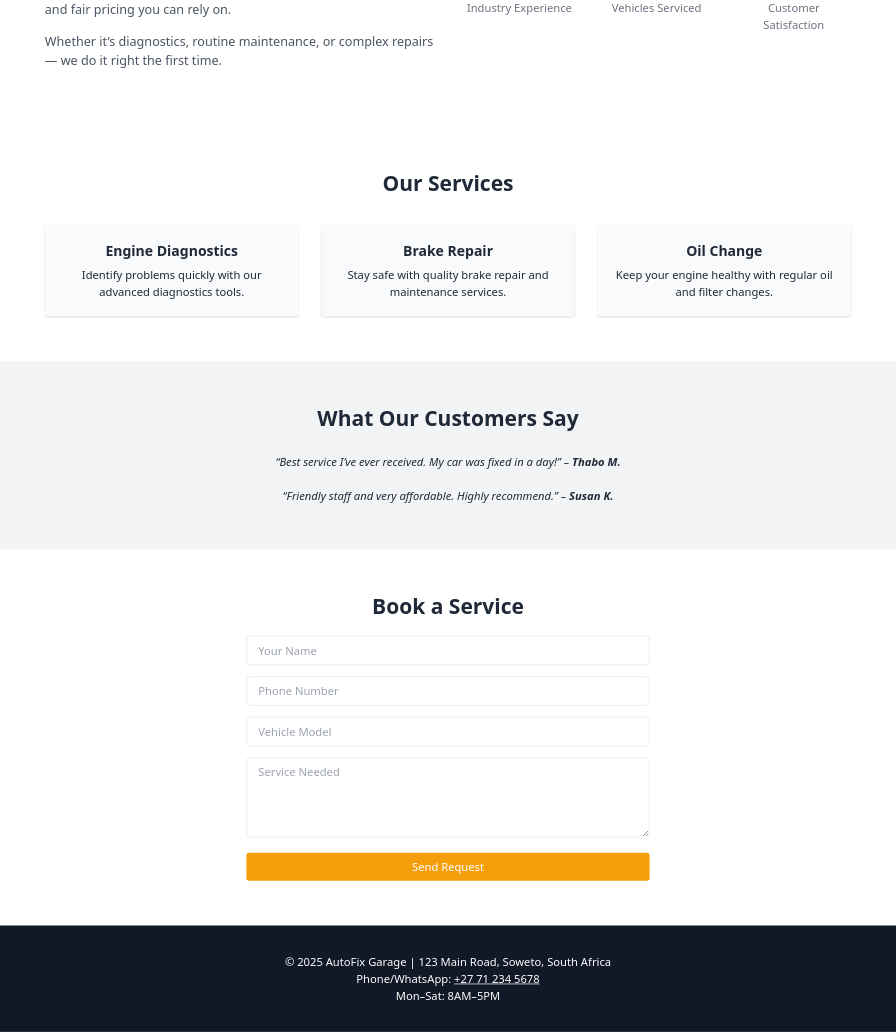
Repository: The-man-of-books/Mechanic
Page: index.html
The author's editor kept a copy of each file at every save. The page is drawn from the files as they stood at one save, then again after the next save.
The browser window is 1280 px wide. The pictures show the part of the page from y = 973 to 2893 px (the page is 2447 px tall before and 2955 px after), at 70% of full size.

Above is the page before, as saved 2025-07-15 15:37:01.

### index.html
<!DOCTYPE html>
<html lang="en">
<head>
  <meta charset="UTF-8" />
  <meta name="viewport" content="width=device-width, initial-scale=1.0" />
  <title>AutoFix Garage | Mechanic Workshop</title>
  <link href="https://cdn.jsdelivr.net/npm/tailwindcss@2.2.19/dist/tailwind.min.css" rel="stylesheet">
</head>
<body class="bg-gray-100 text-gray-800">

  <!-- Hero Section -->
<section class="relative h-screen bg-cover bg-center flex items-center justify-center" style="background-image: url('https://images.unsplash.com/photo-1605559424843-0f6b9b9023eb?auto=format&fit=crop&w=1950&q=80');">
  <!-- Dark Overlay Gradient -->
  <div class="absolute inset-0 bg-black bg-opacity-70"></div>

  <!-- Frosted Glass Content Box -->
  <div class="relative z-10 max-w-2xl w-full text-center px-6 animate-fadeIn">
    <div class="backdrop-blur-md bg-white/10 border border-white/20 rounded-2xl p-10 shadow-2xl">
      <h1 class="text-5xl md:text-6xl font-extrabold text-white mb-4 tracking-tight drop-shadow">AutoFix Garage</h1>
      <p class="text-lg md:text-xl text-gray-200 mb-8">Reliable • Fast • Affordable Vehicle Repair Solutions</p>
      <a href="#contact" class="inline-flex items-center gap-2 bg-yellow-400 text-black font-semibold px-6 py-3 rounded-full shadow-lg hover:bg-yellow-300 transition duration-300">
        <svg class="w-5 h-5" fill="none" stroke="currentColor" stroke-width="2" viewBox="0 0 24 24">
          <path stroke-linecap="round" stroke-linejoin="round" d="M8 17l4 4 4-4m0-5l-4-4-4 4" />
        </svg>
        Book an Appointment
      </a>
    </div>
  </div>
</section>

<!-- Fade-In Animation -->
<style>
  @keyframes fadeIn {
    from { opacity: 0; transform: translateY(30px); }
    to { opacity: 1; transform: translateY(0); }
  }

  .animate-fadeIn {
    animation: fadeIn 1.2s ease-out forwards;
  }
</style>


  <!-- About Section with Stats -->
<section class="bg-white py-20 px-6">
  <div class="max-w-6xl mx-auto grid md:grid-cols-2 items-center gap-10 animate-fadeIn">

    <!-- Text Content -->
    <div>
      <h2 class="text-4xl font-extrabold text-gray-800 mb-4">About Us</h2>
      <div class="w-20 h-1 bg-yellow-400 mb-6"></div>
      <p class="text-lg text-gray-600 leading-relaxed">
        With over <strong>10 years of hands-on experience</strong>, AutoFix Garage is your trusted partner in vehicle repairs and maintenance. Our certified mechanics deliver top-quality service, fast turnaround, and fair pricing you can rely on.
      </p>
      <p class="text-lg text-gray-600 mt-4">
        Whether it’s diagnostics, routine maintenance, or complex repairs — we do it right the first time.
      </p>
    </div>

    <!-- Stats Grid -->
    <div class="grid grid-cols-1 sm:grid-cols-3 gap-8 text-center">
      <!-- Stat 1 -->
      <div>
        <div class="bg-yellow-100 text-yellow-600 p-4 rounded-full inline-block mb-4">
          <svg class="w-8 h-8" fill="none" stroke="currentColor" stroke-width="2" viewBox="0 0 24 24">
            <path stroke-linecap="round" stroke-linejoin="round" d="M12 8v4l3 3m6 2a9 9 0 11-18 0 9 9 0 0118 0z" />
          </svg>
        </div>
        <h3 class="text-2xl font-bold text-gray-800">10+ Years</h3>
        <p class="text-gray-500">Industry Experience</p>
      </div>

      <!-- Stat 2 -->
      <div>
        <div class="bg-green-100 text-green-600 p-4 rounded-full inline-block mb-4">
          <svg class="w-8 h-8" fill="none" stroke="currentColor" stroke-width="2" viewBox="0 0 24 24">
            <path stroke-linecap="round" stroke-linejoin="round" d="M3 7h18M3 12h18M3 17h18" />
          </svg>
        </div>
        <h3 class="text-2xl font-bold text-gray-800">2,500+</h3>
        <p class="text-gray-500">Vehicles Serviced</p>
      </div>

      <!-- Stat 3 -->
      <div>
        <div class="bg-blue-100 text-blue-600 p-4 rounded-full inline-block mb-4">
          <svg class="w-8 h-8" fill="none" stroke="currentColor" stroke-width="2" viewBox="0 0 24 24">
            <path stroke-linecap="round" stroke-linejoin="round" d="M14 9l-2 2-2-2m0 6l2-2 2 2m6-3a9 9 0 11-18 0 9 9 0 0118 0z" />
          </svg>
        </div>
        <h3 class="text-2xl font-bold text-gray-800">98%</h3>
        <p class="text-gray-500">Customer Satisfaction</p>
      </div>
    </div>
  </div>
</section>

<!-- Optional Fade-in Animation -->
<style>
  @keyframes fadeIn {
    from { opacity: 0; transform: translateY(30px); }
    to { opacity: 1; transform: translateY(0); }
  }

  .animate-fadeIn {
    animation: fadeIn 1s ease-out forwards;
  }
</style>


  <!-- Services -->
  <section class="py-16 bg-white px-6">
    <div class="max-w-6xl mx-auto">
      <h2 class="text-3xl font-bold text-center mb-10">Our Services</h2>
      <div class="grid grid-cols-1 sm:grid-cols-2 md:grid-cols-3 gap-8">
        <div class="bg-gray-50 p-6 rounded shadow text-center">
          <h3 class="font-semibold text-xl mb-2">Engine Diagnostics</h3>
          <p>Identify problems quickly with our advanced diagnostics tools.</p>
        </div>
        <div class="bg-gray-50 p-6 rounded shadow text-center">
          <h3 class="font-semibold text-xl mb-2">Brake Repair</h3>
          <p>Stay safe with quality brake repair and maintenance services.</p>
        </div>
        <div class="bg-gray-50 p-6 rounded shadow text-center">
          <h3 class="font-semibold text-xl mb-2">Oil Change</h3>
          <p>Keep your engine healthy with regular oil and filter changes.</p>
        </div>
      </div>
    </div>
  </section>

  <!-- Testimonials -->
  <section class="bg-gray-100 py-16 px-6">
    <div class="max-w-5xl mx-auto text-center">
      <h2 class="text-3xl font-bold mb-8">What Our Customers Say</h2>
      <blockquote class="italic mb-6">“Best service I’ve ever received. My car was fixed in a day!” – <strong>Thabo M.</strong></blockquote>
      <blockquote class="italic">“Friendly staff and very affordable. Highly recommend.” – <strong>Susan K.</strong></blockquote>
    </div>
  </section>

  <!-- Contact Section -->
  <section id="contact" class="py-16 px-6 bg-white">
    <div class="max-w-xl mx-auto">
      <h2 class="text-3xl font-bold text-center mb-6">Book a Service</h2>
      <form class="space-y-4">
        <input type="text" placeholder="Your Name" class="w-full px-4 py-2 border rounded" required>
        <input type="tel" placeholder="Phone Number" class="w-full px-4 py-2 border rounded" required>
        <input type="text" placeholder="Vehicle Model" class="w-full px-4 py-2 border rounded">
        <textarea placeholder="Service Needed" class="w-full px-4 py-2 border rounded" rows="4"></textarea>
        <button type="submit" class="bg-yellow-500 hover:bg-yellow-400 text-white px-6 py-2 rounded w-full">Send Request</button>
      </form>
    </div>
  </section>

  <!-- Footer -->
  <footer class="bg-gray-900 text-white py-10 text-center">
    <p>&copy; 2025 AutoFix Garage | 123 Main Road, Soweto, South Africa</p>
    <p>Phone/WhatsApp: <a href="tel:+27712345678" class="underline">+27 71 234 5678</a></p>
    <p>Mon–Sat: 8AM–5PM</p>
  </footer>

<!-- WhatsApp Floating Button -->
<a href="https://wa.me/27712345678?text=Hi%20AutoFix%20Garage%2C%20I%27d%20like%20to%20book%20a%20service."
   class="fixed bottom-6 right-6 z-50 bg-green-500 hover:bg-green-600 text-white p-4 rounded-full shadow-lg transition-all duration-300"
   target="_blank" rel="noopener noreferrer" aria-label="Chat on WhatsApp">
  <svg class="w-6 h-6" fill="currentColor" viewBox="0 0 24 24">
    <path d="M16.72 13.06c-.24-.12-1.41-.7-1.63-.78s-.38-.12-.54.12-.62.78-.76.94-.28.18-.52.06a6.4 6.4 0 0 1-1.9-1.18 7.07 7.07 0 0 1-1.32-1.66c-.14-.24 0-.36.1-.48.12-.12.24-.3.36-.42.12-.14.18-.24.3-.42s.06-.36 0-.48-.54-1.3-.74-1.8c-.2-.5-.4-.44-.54-.45h-.46c-.16 0-.42.06-.64.3s-.84.82-.84 2c0 1.18.86 2.3 1 .48 1.18 2.36 3.1 3.46 4.82 3.82.34.06.62.12.88.12.28 0 .86-.12 1.08-.6.2-.42.2-.78.14-.84-.08-.06-.3-.12-.54-.24zm-4.72 8.42c-1.7 0-3.34-.44-4.76-1.26L2 22l1.84-5.36a9.84 9.84 0 0 1-1.5-5.26C2.34 6.5 6.84 2 12.34 2s10 4.5 10 10-4.5 10-10 10z"/>
  </svg>
</a>


</body>
</html>

After the next save:
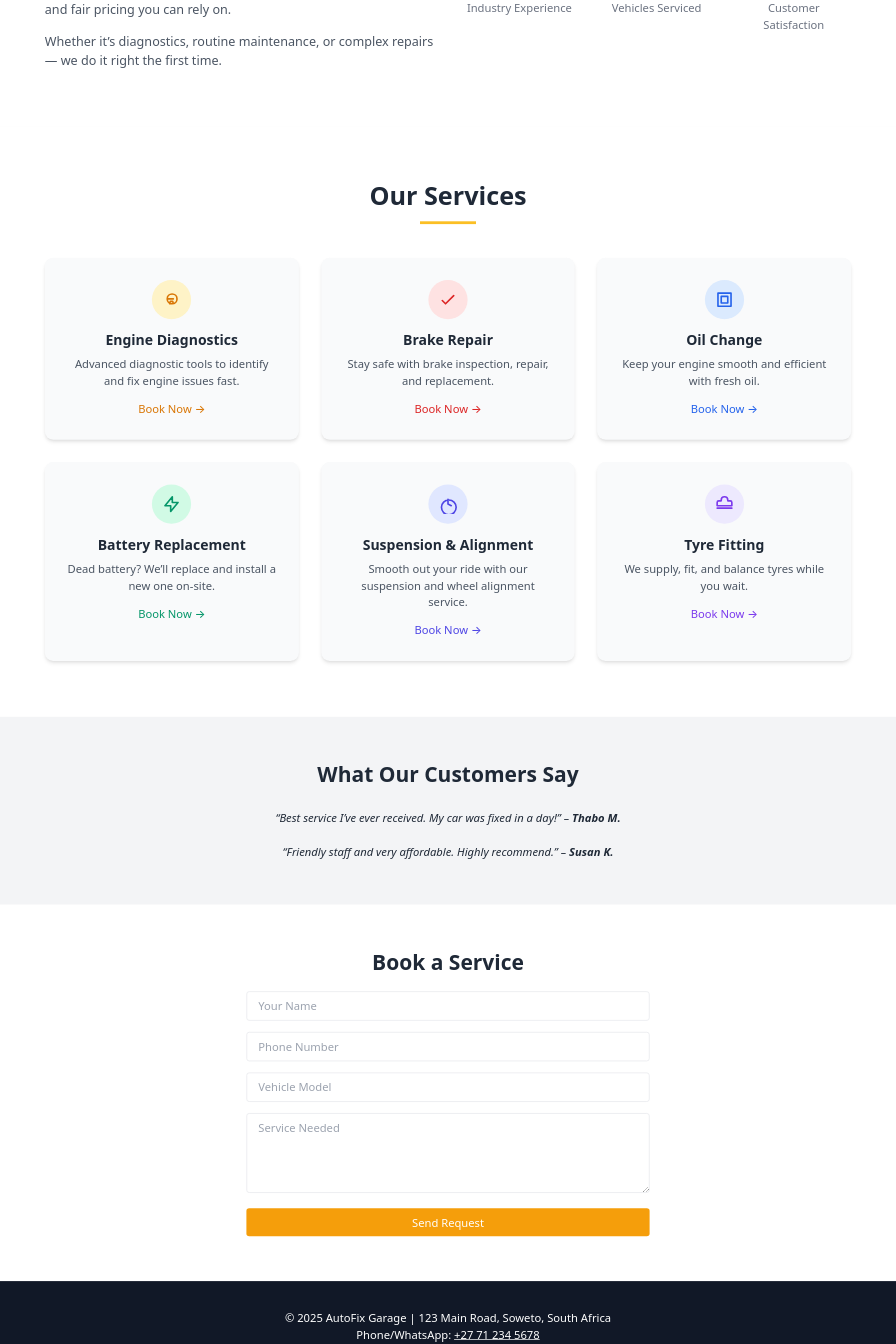
Saved 2 min 59 s later.
--- a/index.html
+++ b/index.html
@@ -108,26 +108,91 @@
 </style>
 
 
-  <!-- Services -->
-  <section class="py-16 bg-white px-6">
-    <div class="max-w-6xl mx-auto">
-      <h2 class="text-3xl font-bold text-center mb-10">Our Services</h2>
-      <div class="grid grid-cols-1 sm:grid-cols-2 md:grid-cols-3 gap-8">
-        <div class="bg-gray-50 p-6 rounded shadow text-center">
-          <h3 class="font-semibold text-xl mb-2">Engine Diagnostics</h3>
-          <p>Identify problems quickly with our advanced diagnostics tools.</p>
-        </div>
-        <div class="bg-gray-50 p-6 rounded shadow text-center">
-          <h3 class="font-semibold text-xl mb-2">Brake Repair</h3>
-          <p>Stay safe with quality brake repair and maintenance services.</p>
-        </div>
-        <div class="bg-gray-50 p-6 rounded shadow text-center">
-          <h3 class="font-semibold text-xl mb-2">Oil Change</h3>
-          <p>Keep your engine healthy with regular oil and filter changes.</p>
-        </div>
-      </div>
-    </div>
-  </section>
+  <!-- Services Section -->
+<section class="py-20 bg-white px-6">
+  <div class="max-w-6xl mx-auto text-center">
+    <h2 class="text-4xl font-extrabold text-gray-800 mb-4">Our Services</h2>
+    <div class="w-20 h-1 bg-yellow-400 mx-auto mb-12"></div>
+
+    <div class="grid grid-cols-1 sm:grid-cols-2 md:grid-cols-3 gap-8">
+
+      <!-- Service 1 -->
+      <div class="bg-gray-50 p-8 rounded-xl shadow-md hover:shadow-xl transition duration-300 group">
+        <div class="bg-yellow-100 text-yellow-600 w-14 h-14 flex items-center justify-center rounded-full mx-auto mb-4">
+          <svg class="w-7 h-7" fill="none" stroke="currentColor" stroke-width="2" viewBox="0 0 24 24">
+            <path stroke-linecap="round" stroke-linejoin="round" d="M9.75 17l.75-3h3l.75 3m-6-6h6m-7.5 0a6 6 0 1112 0 6 6 0 01-12 0z" />
+          </svg>
+        </div>
+        <h3 class="text-xl font-semibold mb-2 text-gray-800 group-hover:text-yellow-500">Engine Diagnostics</h3>
+        <p class="text-gray-600 mb-4">Advanced diagnostic tools to identify and fix engine issues fast.</p>
+        <a href="#contact" class="text-yellow-600 font-medium hover:underline">Book Now →</a>
+      </div>
+
+      <!-- Service 2 -->
+      <div class="bg-gray-50 p-8 rounded-xl shadow-md hover:shadow-xl transition duration-300 group">
+        <div class="bg-red-100 text-red-600 w-14 h-14 flex items-center justify-center rounded-full mx-auto mb-4">
+          <svg class="w-7 h-7" fill="none" stroke="currentColor" stroke-width="2" viewBox="0 0 24 24">
+            <path stroke-linecap="round" stroke-linejoin="round" d="M5 13l4 4L19 7" />
+          </svg>
+        </div>
+        <h3 class="text-xl font-semibold mb-2 text-gray-800 group-hover:text-red-500">Brake Repair</h3>
+        <p class="text-gray-600 mb-4">Stay safe with brake inspection, repair, and replacement.</p>
+        <a href="#contact" class="text-red-600 font-medium hover:underline">Book Now →</a>
+      </div>
+
+      <!-- Service 3 -->
+      <div class="bg-gray-50 p-8 rounded-xl shadow-md hover:shadow-xl transition duration-300 group">
+        <div class="bg-blue-100 text-blue-600 w-14 h-14 flex items-center justify-center rounded-full mx-auto mb-4">
+          <svg class="w-7 h-7" fill="none" stroke="currentColor" stroke-width="2" viewBox="0 0 24 24">
+            <path stroke-linecap="round" stroke-linejoin="round" d="M4 4v16h16V4H4zm4 4h8v8H8V8z" />
+          </svg>
+        </div>
+        <h3 class="text-xl font-semibold mb-2 text-gray-800 group-hover:text-blue-500">Oil Change</h3>
+        <p class="text-gray-600 mb-4">Keep your engine smooth and efficient with fresh oil.</p>
+        <a href="#contact" class="text-blue-600 font-medium hover:underline">Book Now →</a>
+      </div>
+
+      <!-- Service 4 -->
+      <div class="bg-gray-50 p-8 rounded-xl shadow-md hover:shadow-xl transition duration-300 group">
+        <div class="bg-green-100 text-green-600 w-14 h-14 flex items-center justify-center rounded-full mx-auto mb-4">
+          <svg class="w-7 h-7" fill="none" stroke="currentColor" stroke-width="2" viewBox="0 0 24 24">
+            <path stroke-linecap="round" stroke-linejoin="round" d="M13 10V3L4 14h7v7l9-11h-7z" />
+          </svg>
+        </div>
+        <h3 class="text-xl font-semibold mb-2 text-gray-800 group-hover:text-green-600">Battery Replacement</h3>
+        <p class="text-gray-600 mb-4">Dead battery? We’ll replace and install a new one on-site.</p>
+        <a href="#contact" class="text-green-600 font-medium hover:underline">Book Now →</a>
+      </div>
+
+      <!-- Service 5 -->
+      <div class="bg-gray-50 p-8 rounded-xl shadow-md hover:shadow-xl transition duration-300 group">
+        <div class="bg-indigo-100 text-indigo-600 w-14 h-14 flex items-center justify-center rounded-full mx-auto mb-4">
+          <svg class="w-7 h-7" fill="none" stroke="currentColor" stroke-width="2" viewBox="0 0 24 24">
+            <path stroke-linecap="round" stroke-linejoin="round" d="M12 6v6l4 2m6 2a9 9 0 11-18 0 9 9 0 0118 0z" />
+          </svg>
+        </div>
+        <h3 class="text-xl font-semibold mb-2 text-gray-800 group-hover:text-indigo-600">Suspension & Alignment</h3>
+        <p class="text-gray-600 mb-4">Smooth out your ride with our suspension and wheel alignment service.</p>
+        <a href="#contact" class="text-indigo-600 font-medium hover:underline">Book Now →</a>
+      </div>
+
+      <!-- Service 6 -->
+      <div class="bg-gray-50 p-8 rounded-xl shadow-md hover:shadow-xl transition duration-300 group">
+        <div class="bg-purple-100 text-purple-600 w-14 h-14 flex items-center justify-center rounded-full mx-auto mb-4">
+          <svg class="w-7 h-7" fill="none" stroke="currentColor" stroke-width="2" viewBox="0 0 24 24">
+            <path stroke-linecap="round" stroke-linejoin="round" d="M16 7a4 4 0 00-8 0v1H5a2 2 0 00-2 2v4h18v-4a2 2 0 00-2-2h-3V7z" />
+            <path stroke-linecap="round" stroke-linejoin="round" d="M3 17h18" />
+          </svg>
+        </div>
+        <h3 class="text-xl font-semibold mb-2 text-gray-800 group-hover:text-purple-600">Tyre Fitting</h3>
+        <p class="text-gray-600 mb-4">We supply, fit, and balance tyres while you wait.</p>
+        <a href="#contact" class="text-purple-600 font-medium hover:underline">Book Now →</a>
+      </div>
+
+    </div>
+  </div>
+</section>
+
 
   <!-- Testimonials -->
   <section class="bg-gray-100 py-16 px-6">
